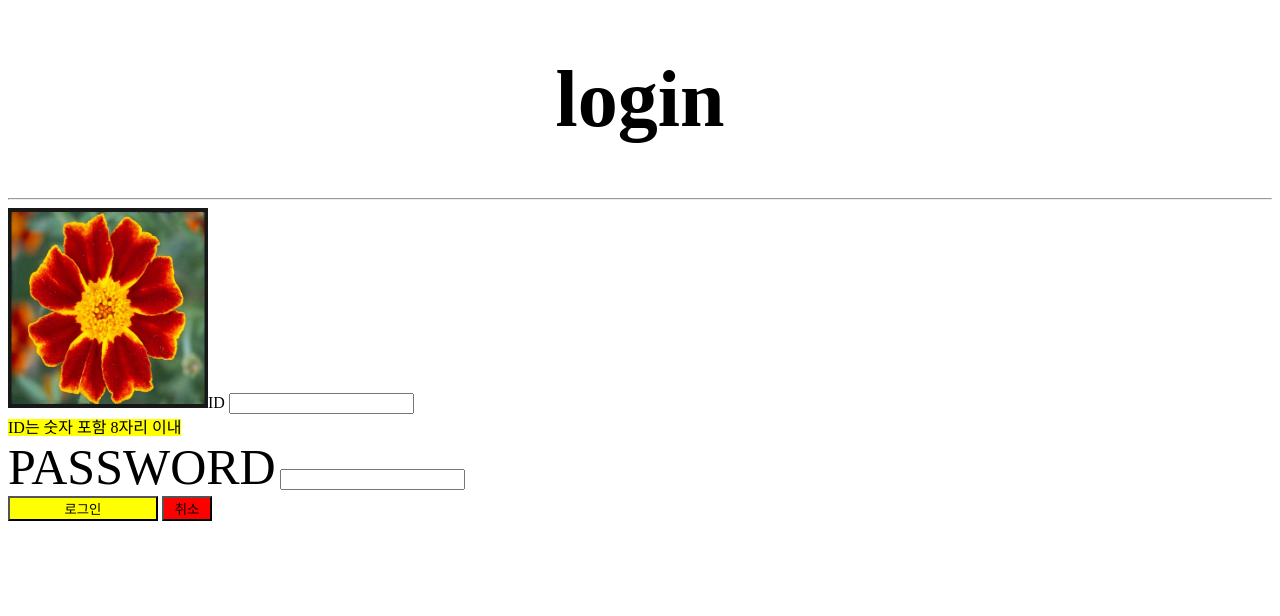
Repository: jeonghyunseok/GMSUI
Page: GMSUI/WebContent/member/login.html
These files come from the project's save history. The page is drawn as it stood at one moment and after the next save; the edit follows.
The browser window is 1280 px wide. The pictures show the whole page.

Above is the page before, as saved 2017-07-19 08:19:04.

After the next save:
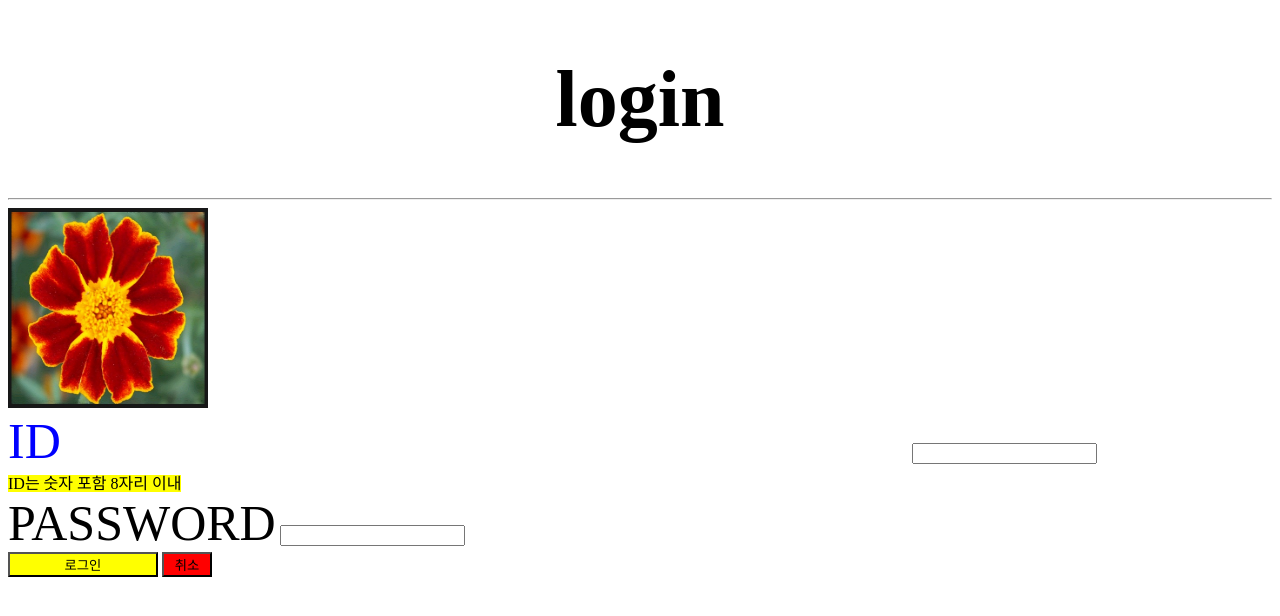
Saved 18 s later.
--- a/GMSUI/WebContent/member/login.html
+++ b/GMSUI/WebContent/member/login.html
@@ -23,7 +23,7 @@
 <!-- 로그인 화면 -->
 	<h1 style="font-size:80px;" class="text-center">login</h1>
 	<hr />
-	<img src="../img/꽃.jpg" style="width: 200px;height: 200px" "alt=" /><br />
+	<img src="../img/꽃.jpg" style="width: 200px;height: 200px" alt=""/><br />
 	<span style="font-size:50px;width:900px;" class="display-inline color-blue">ID</span>
 	<input type="text" /><br />
 	<mark>ID는 숫자 포함 8자리 이내</mark><br />
